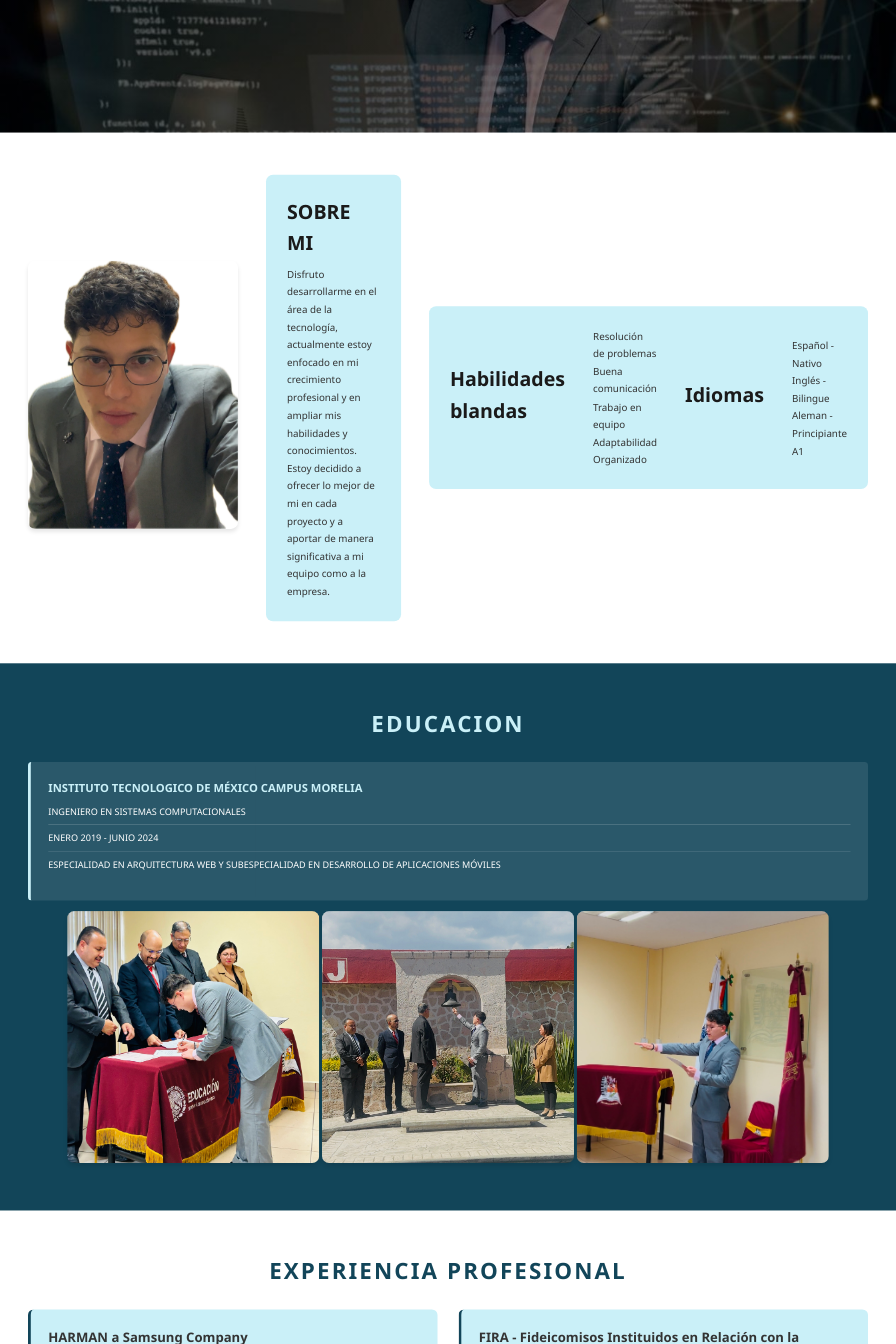
Repository: rafaelsilva2k/mi-portafolio
Page: index.html
These files come from the project's save history. The page is drawn as it stood at one moment and after a run of saves; the edit follows.
The browser window is 1280 px wide. The pictures show the part of the page from y = 411 to 2331 px (the page is 3561 px tall before and 3313 px after), at 70% of full size.

Above is the page before, as saved 2026-04-17 13:50:25.

After the next 4 saves:
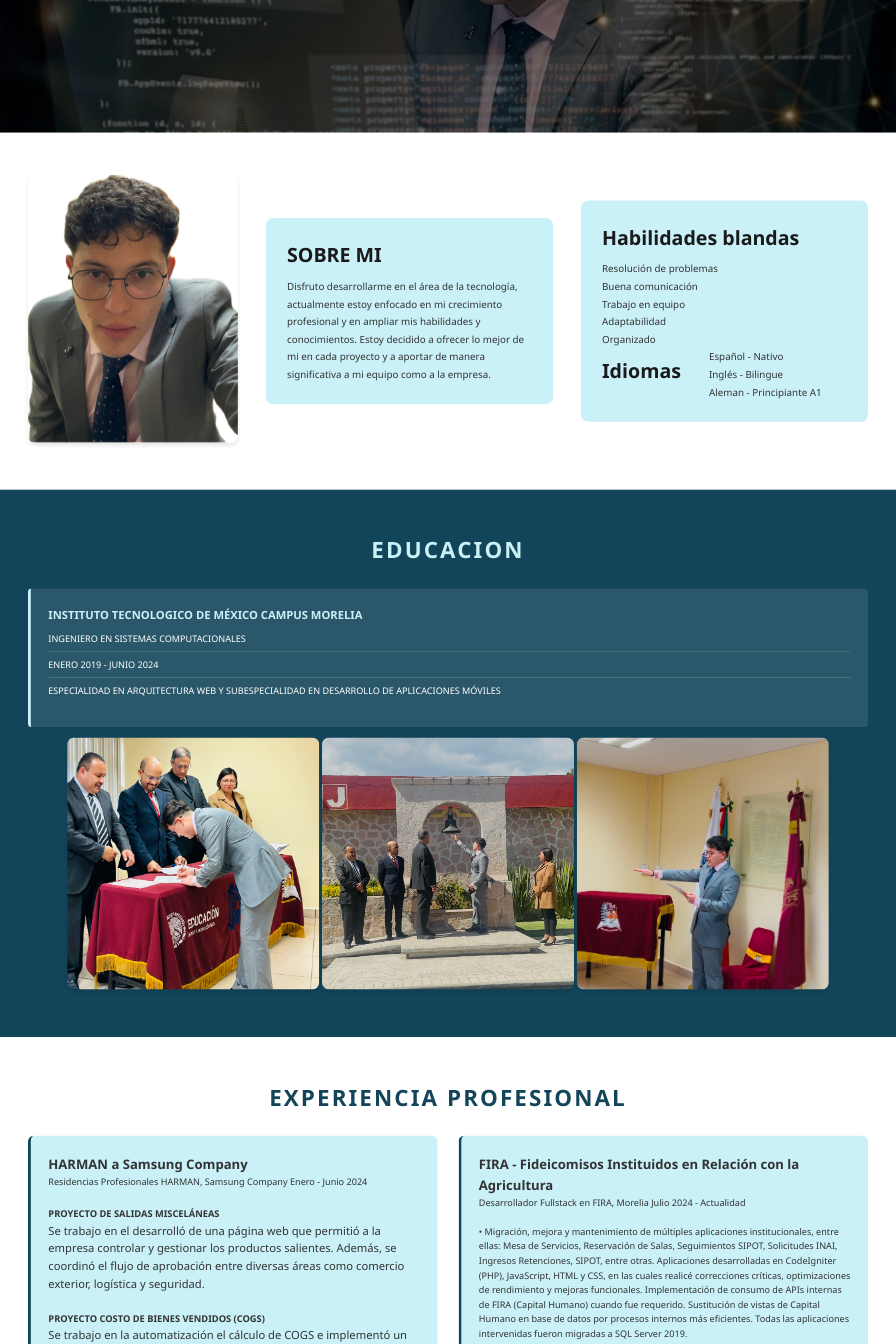
The 4 saves are shown as one change because they came seconds apart.
The last was saved 13 s later.
--- a/index.html
+++ b/index.html
@@ -45,10 +45,10 @@
                 <p>Disfruto desarrollarme en el área de la tecnología, actualmente estoy enfocado en mi crecimiento profesional y en ampliar mis habilidades y conocimientos. Estoy decidido a ofrecer lo mejor de mi en cada proyecto y a aportar de manera significativa a mi equipo como a la empresa.</p>
             </div>
             <div class="sobre-mi-texto">
-                <div>
+                <div class="sobre-mi-habilidades">
 
                 </div>
-                <div class="sobre-mi-habilidades">
+                <div>
                     <h2>Habilidades blandas</h2>
                     <p> Resolución de problemas <br> Buena comunicación <br> Trabajo en equipo  <br> Adaptabilidad <br> Organizado</p>
                 <div>
